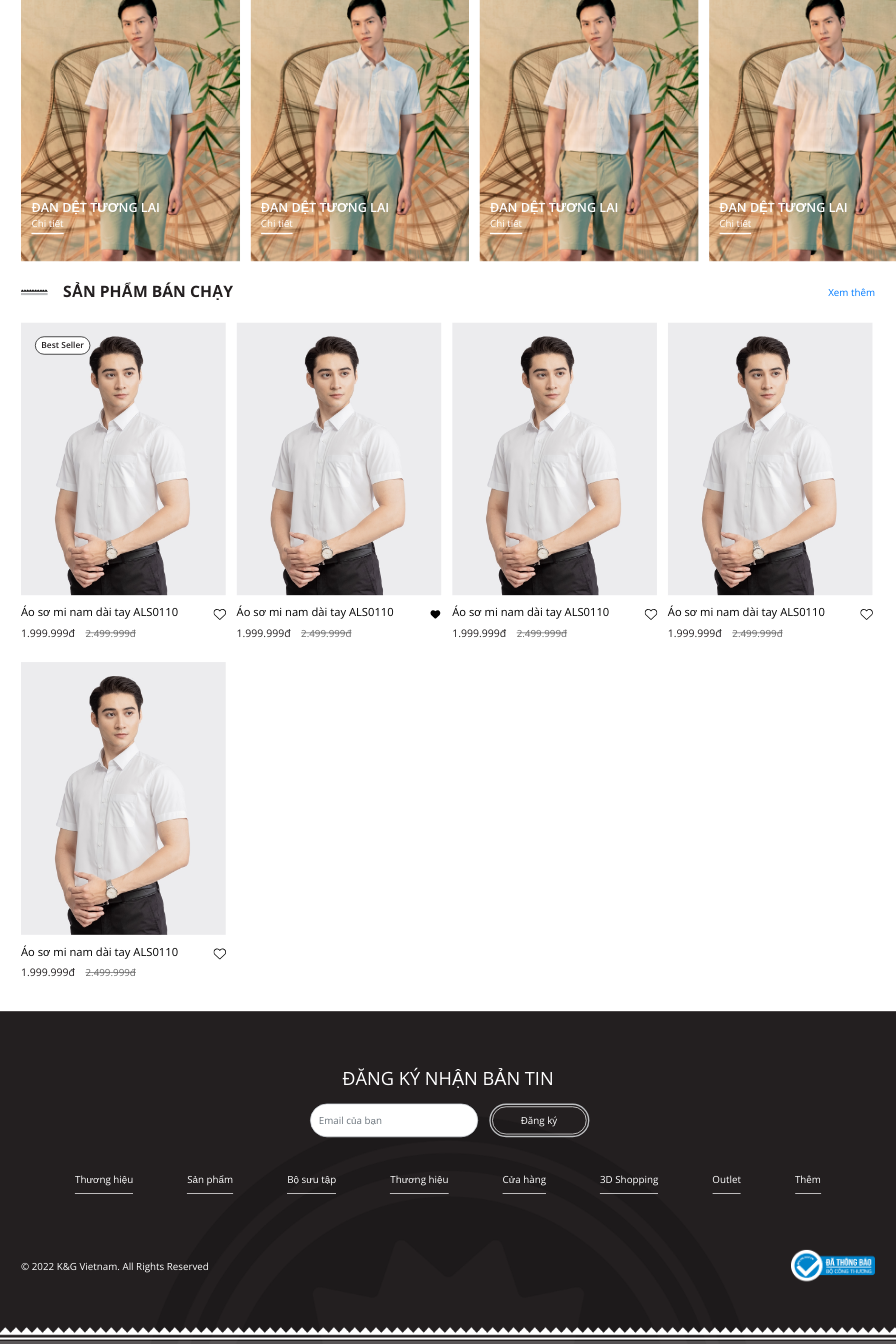
Repository: linhlvtn/aristino
Page: index.html
An editor plug-in stored every save of this project. The page is shown before and after the next save, followed by the edit.
The browser window is 1280 px wide. The pictures show the part of the page from y = 1292 to 3212 px (the page is 3212 px tall before and 2727 px after), at 70% of full size.

Above is the page before, as saved 2023-09-11 01:36:22.

### index.html
<!DOCTYPE html>
<html lang="en">
    <head>
        <meta charset="UTF-8">
        <meta name="viewport" content="width=device-width, initial-scale=1.0">
        <meta http-equiv="X-UA-Compatible" content="ie=edge">
        <meta name="Description" content="Enter your description here"/>
        <link rel="stylesheet" href="https://cdnjs.cloudflare.com/ajax/libs/twitter-bootstrap/4.6.0/css/bootstrap.min.css">
        <link rel="stylesheet" href="assets/css/style.css">
        <title>Title</title>
    </head>
<body>

    <div class="wrapper">
        <header class="header">
            <div class="container-fluid">
                <div class="header-main">
                    <div class="header-main--menu">
                        <button type="button" class="btn-menu">
                            <svg fill="currentColor" xmlns="http://www.w3.org/2000/svg" viewBox="0 0 448 512"><path d="M0 80c0-8.8 7.2-16 16-16H432c8.8 0 16 7.2 16 16s-7.2 16-16 16H16C7.2 96 0 88.8 0 80zM0 240c0-8.8 7.2-16 16-16H432c8.8 0 16 7.2 16 16s-7.2 16-16 16H16c-8.8 0-16-7.2-16-16zM448 400c0 8.8-7.2 16-16 16H16c-8.8 0-16-7.2-16-16s7.2-16 16-16H432c8.8 0 16 7.2 16 16z"/></svg>
                        </button>
                        <div>
                            <a href="">
                                <img src="assets/images/logo.png" alt="logo">
                            </a>
                        </div>
                    </div>
                    <div class="header-main--controler">
                        <div>
                            <button type="button" class="btn">
                                <img src="assets/images/search.png" alt="">
                            </button>
                        </div>
                        <div>
                            <button type="button" class="btn">
                                <img src="assets/images/user.png" alt="">
                            </button>
                        </div>
                        <div>
                            <button type="button" class="btn">
                                <img src="assets/images/favorite.png" alt="">
                            </button>
                        </div>
                        <div>
                            <button type="button" class="btn">
                                <img src="assets/images/shop.png" alt="">
                            </button>
                        </div>
                    </div>
                </div>
            </div>
        </header>
        <main>
            <div class="cover-banner">
                <img src="assets/images/Banner.png" alt="">
            </div>
            <div class="image-style-list">
                <div class="list-container">
                    <div class="list-style-group">
                        <div class="image-style-list--item">
                            <a href="">
                                <img src="assets/images/Demo-product.png" alt="">
                            </a>
                        </div>
                        <div class="image-style-list--item">
                            <a href="">
                                <img src="assets/images/Demo-product.png" alt="">
                            </a>
                        </div>
                        <div class="image-style-list--item">
                            <a href="">
                                <img src="assets/images/Demo-product.png" alt="">
                            </a>
                        </div>
                    </div>
                </div>
                <button class="btn-control-slide prev-button">
                    <img src="assets/images/next-slide.png" alt="">
                </button>
                <button class="btn-control-slide next-button">
                    <img src="assets/images/next-slide.png" alt="">
                </button>
            </div>

            <div class="list-category list-category-home">
                <div class="image-style-list">
                    <div class="list-container">
                        <div class="list-style-group-ctgr">
                            <div class="image-style-list--item item-category">
                                <a href="">
                                    <img src="assets/images/Demo-product.png" alt="">
                                </a>
                                <div class="item-category--info">
                                    <h3>ĐAN DỆT TƯƠNG LAI</h3>
                                    <a href="">Chi tiết</a>
                                </div>
                            </div>
                            <div class="image-style-list--item item-category">
                                <a href="">
                                    <img src="assets/images/Demo-product.png" alt="">
                                </a>
                                <div class="item-category--info">
                                    <h3>ĐAN DỆT TƯƠNG LAI</h3>
                                    <a href="">Chi tiết</a>
                                </div>
                            </div>
                            <div class="image-style-list--item item-category">
                                <a href="">
                                    <img src="assets/images/Demo-product.png" alt="">
                                </a>
                                <div class="item-category--info">
                                    <h3>ĐAN DỆT TƯƠNG LAI</h3>
                                    <a href="">Chi tiết</a>
                                </div>
                            </div>
                            <div class="image-style-list--item item-category">
                                <a href="">
                                    <img src="assets/images/Demo-product.png" alt="">
                                </a>
                                <div class="item-category--info">
                                    <h3>ĐAN DỆT TƯƠNG LAI</h3>
                                    <a href="">Chi tiết</a>
                                </div>
                            </div>
                        </div>
                    </div>
                    <button class="btn-control-slide prev-button-ctgr">
                        <img src="assets/images/next-slide.png" alt="">
                    </button>
                    <button class="btn-control-slide next-button-ctgr">
                        <img src="assets/images/next-slide.png" alt="">
                    </button>
                </div>

            </div>

            <div class="group-production">
                <div class="container-fluid">
                    <div class="group-production--heading">
                        <h3 class="title-heading">SẢN PHẨM BÁN CHẠY</h3>
                        <a href="" class="view-more-prd">Xem thêm</a>
                    </div>
                    <div class="group-production--list">
                         <div class="group-production--list-item">
                            <div class="thumbnail-product">
                                <a href="">
                                    <img src="assets/images/Demo-product-2.png" alt="">
                                </a>
                                <div class="label-sale">Best Seller</div>
                            </div>
                            <div class="info-product">
                                <div class="info-product--heading">
                                    <h3 class="title-product">
                                        <a href="">Áo sơ mi nam dài tay ALS0110</a>
                                    </h3>
                                    <span class="favorite-prd">
                                        <svg xmlns="http://www.w3.org/2000/svg" viewBox="0 0 512 512"><path d="M244 130.6l-12-13.5-4.2-4.7c-26-29.2-65.3-42.8-103.8-35.8c-53.3 9.7-92 56.1-92 110.3v3.5c0 32.3 13.4 63.1 37.1 85.1L253 446.8c.8 .7 1.9 1.2 3 1.2s2.2-.4 3-1.2L443 275.5c23.6-22 37-52.8 37-85.1v-3.5c0-54.2-38.7-100.6-92-110.3c-38.5-7-77.8 6.6-103.8 35.8l-4.2 4.7-12 13.5c-3 3.4-7.4 5.4-12 5.4s-8.9-2-12-5.4zm34.9-57.1C311 48.4 352.7 37.7 393.7 45.1C462.2 57.6 512 117.3 512 186.9v3.5c0 36-13.1 70.6-36.6 97.5c-3.4 3.8-6.9 7.5-10.7 11l-184 171.3c-.8 .8-1.7 1.5-2.6 2.2c-6.3 4.9-14.1 7.5-22.1 7.5c-9.2 0-18-3.5-24.8-9.7L47.2 299c-3.8-3.5-7.3-7.2-10.7-11C13.1 261 0 226.4 0 190.4v-3.5C0 117.3 49.8 57.6 118.3 45.1c40.9-7.4 82.6 3.2 114.7 28.4c6.7 5.3 13 11.1 18.7 17.6l4.2 4.7 4.2-4.7c4.2-4.7 8.6-9.1 13.3-13.1c1.8-1.5 3.6-3 5.4-4.5z"/></svg>
                                    </span>
                                </div>
                                <div class="info-product--price">
                                    <div class="price-main">1.999.999đ</div>
                                    <div class="price-sale">2.499.999đ</div>
                                </div>
                            </div>
                         </div>

                         <div class="group-production--list-item">
                            <div class="thumbnail-product">
                                <a href="">
                                    <img src="assets/images/Demo-product-2.png" alt="">
                                </a>
                            </div>
                            <div class="info-product">
                                <div class="info-product--heading">
                                    <h3 class="title-product">
                                        <a href="">Áo sơ mi nam dài tay ALS0110</a>
                                    </h3>
                                    <span class="favorite-prd">
                                        <svg xmlns="http://www.w3.org/2000/svg" height="1em" viewBox="0 0 512 512"><!--! Font Awesome Free 6.4.2 by @fontawesome - https://fontawesome.com License - https://fontawesome.com/license (Commercial License) Copyright 2023 Fonticons, Inc. --><path d="M47.6 300.4L228.3 469.1c7.5 7 17.4 10.9 27.7 10.9s20.2-3.9 27.7-10.9L464.4 300.4c30.4-28.3 47.6-68 47.6-109.5v-5.8c0-69.9-50.5-129.5-119.4-141C347 36.5 300.6 51.4 268 84L256 96 244 84c-32.6-32.6-79-47.5-124.6-39.9C50.5 55.6 0 115.2 0 185.1v5.8c0 41.5 17.2 81.2 47.6 109.5z"/></svg>
                                    </span>
                                </div>
                                <div class="info-product--price">
                                    <div class="price-main">1.999.999đ</div>
                                    <div class="price-sale">2.499.999đ</div>
                                </div>
                            </div>
                         </div>

                         <div class="group-production--list-item">
                            <div class="thumbnail-product">
                                <a href="">
                                    <img src="assets/images/Demo-product-2.png" alt="">
                                </a>
                            </div>
                            <div class="info-product">
                                <div class="info-product--heading">
                                    <h3 class="title-product">
                                        <a href="">Áo sơ mi nam dài tay ALS0110</a>
                                    </h3>
                                    <span class="favorite-prd">
                                        <svg xmlns="http://www.w3.org/2000/svg" viewBox="0 0 512 512"><path d="M244 130.6l-12-13.5-4.2-4.7c-26-29.2-65.3-42.8-103.8-35.8c-53.3 9.7-92 56.1-92 110.3v3.5c0 32.3 13.4 63.1 37.1 85.1L253 446.8c.8 .7 1.9 1.2 3 1.2s2.2-.4 3-1.2L443 275.5c23.6-22 37-52.8 37-85.1v-3.5c0-54.2-38.7-100.6-92-110.3c-38.5-7-77.8 6.6-103.8 35.8l-4.2 4.7-12 13.5c-3 3.4-7.4 5.4-12 5.4s-8.9-2-12-5.4zm34.9-57.1C311 48.4 352.7 37.7 393.7 45.1C462.2 57.6 512 117.3 512 186.9v3.5c0 36-13.1 70.6-36.6 97.5c-3.4 3.8-6.9 7.5-10.7 11l-184 171.3c-.8 .8-1.7 1.5-2.6 2.2c-6.3 4.9-14.1 7.5-22.1 7.5c-9.2 0-18-3.5-24.8-9.7L47.2 299c-3.8-3.5-7.3-7.2-10.7-11C13.1 261 0 226.4 0 190.4v-3.5C0 117.3 49.8 57.6 118.3 45.1c40.9-7.4 82.6 3.2 114.7 28.4c6.7 5.3 13 11.1 18.7 17.6l4.2 4.7 4.2-4.7c4.2-4.7 8.6-9.1 13.3-13.1c1.8-1.5 3.6-3 5.4-4.5z"/></svg>
                                    </span>
                                </div>
                                <div class="info-product--price">
                                    <div class="price-main">1.999.999đ</div>
                                    <div class="price-sale">2.499.999đ</div>
                                </div>
                            </div>
                         </div>

                         <div class="group-production--list-item">
                            <div class="thumbnail-product">
                                <a href="">
                                    <img src="assets/images/Demo-product-2.png" alt="">
                                </a>
                            </div>
                            <div class="info-product">
                                <div class="info-product--heading">
                                    <h3 class="title-product">
                                        <a href="">Áo sơ mi nam dài tay ALS0110</a>
                                    </h3>
                                    <span class="favorite-prd">
                                        <svg xmlns="http://www.w3.org/2000/svg" viewBox="0 0 512 512"><path d="M244 130.6l-12-13.5-4.2-4.7c-26-29.2-65.3-42.8-103.8-35.8c-53.3 9.7-92 56.1-92 110.3v3.5c0 32.3 13.4 63.1 37.1 85.1L253 446.8c.8 .7 1.9 1.2 3 1.2s2.2-.4 3-1.2L443 275.5c23.6-22 37-52.8 37-85.1v-3.5c0-54.2-38.7-100.6-92-110.3c-38.5-7-77.8 6.6-103.8 35.8l-4.2 4.7-12 13.5c-3 3.4-7.4 5.4-12 5.4s-8.9-2-12-5.4zm34.9-57.1C311 48.4 352.7 37.7 393.7 45.1C462.2 57.6 512 117.3 512 186.9v3.5c0 36-13.1 70.6-36.6 97.5c-3.4 3.8-6.9 7.5-10.7 11l-184 171.3c-.8 .8-1.7 1.5-2.6 2.2c-6.3 4.9-14.1 7.5-22.1 7.5c-9.2 0-18-3.5-24.8-9.7L47.2 299c-3.8-3.5-7.3-7.2-10.7-11C13.1 261 0 226.4 0 190.4v-3.5C0 117.3 49.8 57.6 118.3 45.1c40.9-7.4 82.6 3.2 114.7 28.4c6.7 5.3 13 11.1 18.7 17.6l4.2 4.7 4.2-4.7c4.2-4.7 8.6-9.1 13.3-13.1c1.8-1.5 3.6-3 5.4-4.5z"/></svg>
                                    </span>
                                </div>
                                <div class="info-product--price">
                                    <div class="price-main">1.999.999đ</div>
                                    <div class="price-sale">2.499.999đ</div>
                                </div>
                            </div>
                         </div>

                         <div class="group-production--list-item">
                            <div class="thumbnail-product">
                                <a href="">
                                    <img src="assets/images/Demo-product-2.png" alt="">
                                </a>
                            </div>
                            <div class="info-product">
                                <div class="info-product--heading">
                                    <h3 class="title-product">
                                        <a href="">Áo sơ mi nam dài tay ALS0110</a>
                                    </h3>
                                    <span class="favorite-prd">
                                        <svg xmlns="http://www.w3.org/2000/svg" viewBox="0 0 512 512"><path d="M244 130.6l-12-13.5-4.2-4.7c-26-29.2-65.3-42.8-103.8-35.8c-53.3 9.7-92 56.1-92 110.3v3.5c0 32.3 13.4 63.1 37.1 85.1L253 446.8c.8 .7 1.9 1.2 3 1.2s2.2-.4 3-1.2L443 275.5c23.6-22 37-52.8 37-85.1v-3.5c0-54.2-38.7-100.6-92-110.3c-38.5-7-77.8 6.6-103.8 35.8l-4.2 4.7-12 13.5c-3 3.4-7.4 5.4-12 5.4s-8.9-2-12-5.4zm34.9-57.1C311 48.4 352.7 37.7 393.7 45.1C462.2 57.6 512 117.3 512 186.9v3.5c0 36-13.1 70.6-36.6 97.5c-3.4 3.8-6.9 7.5-10.7 11l-184 171.3c-.8 .8-1.7 1.5-2.6 2.2c-6.3 4.9-14.1 7.5-22.1 7.5c-9.2 0-18-3.5-24.8-9.7L47.2 299c-3.8-3.5-7.3-7.2-10.7-11C13.1 261 0 226.4 0 190.4v-3.5C0 117.3 49.8 57.6 118.3 45.1c40.9-7.4 82.6 3.2 114.7 28.4c6.7 5.3 13 11.1 18.7 17.6l4.2 4.7 4.2-4.7c4.2-4.7 8.6-9.1 13.3-13.1c1.8-1.5 3.6-3 5.4-4.5z"/></svg>
                                    </span>
                                </div>
                                <div class="info-product--price">
                                    <div class="price-main">1.999.999đ</div>
                                    <div class="price-sale">2.499.999đ</div>
                                </div>
                            </div>
                         </div>
                    </div>
                </div>
            </div>

        </main>

        <footer class="footer">
            <div class="container-fluid">
                <h2 class="heading-footer">Đăng ký nhận bản tin</h2>
                <div class="form-contact">
                    <input type="text" class="form-control" placeholder="Email của bạn">
                    <button type="submit" class="btn btn-submit btn-custom-border">Đăng ký</button>
                </div>
                <ul class="footer-menu-list">
                    <li class="footer-menu-list--item">
                        <a href="">
                            Thương hiệu
                        </a>
                    </li>
                    <li class="footer-menu-list--item">
                        <a href="">
                            Sản phẩm
                        </a>
                    </li>
                    <li class="footer-menu-list--item">
                        <a href="">
                            Bộ sưu tập
                        </a>
                    </li>
                    <li class="footer-menu-list--item">
                        <a href="">
                            Thương hiệu
                        </a>
                    </li>
                    <li class="footer-menu-list--item">
                        <a href="">
                            Cửa hàng
                        </a>
                    </li>
                    <li class="footer-menu-list--item">
                        <a href="">
                            3D Shopping
                        </a>
                    </li>
                    <li class="footer-menu-list--item">
                        <a href="">
                            Outlet
                        </a>
                    </li>
                    <li class="footer-menu-list--item">
                        <a href="">
                            Thêm
                        </a>
                    </li>
                </ul>
                <div class="footer-coppy-right">
                    <div>© 2022 K&G Vietnam. All Rights Reserved</div>
                    <a href="" class="img-policy">
                        <img width="120px" src="assets/images/logo-da-thong-bao-website-voi-bo-cong-thuong.png" alt="">
                    </a>
                </div>
            </div>
        </footer>
    </div>

    <script src="https://cdnjs.cloudflare.com/ajax/libs/jquery/3.5.1/jquery.slim.min.js"></script>
    <script src="https://cdnjs.cloudflare.com/ajax/libs/popper.js/1.16.1/umd/popper.min.js"></script>
    <script src="https://cdnjs.cloudflare.com/ajax/libs/twitter-bootstrap/4.6.0/js/bootstrap.min.js"></script>

    <script>

        function initializeSlider(listClass, prevButtonClass, nextButtonClass, itemsPerPage) {
            const list = document.querySelector(listClass);
            const prevButton = document.querySelector(prevButtonClass);
            const nextButton = document.querySelector(nextButtonClass);

            let currentIndex = 0;
            const itemWidth = document.querySelector(".image-style-list--item").offsetWidth;

            function updateButtons() {
                prevButton.disabled = currentIndex === 0;
                nextButton.disabled = currentIndex >= list.children.length - itemsPerPage;
            }

            nextButton.addEventListener("click", function () {
                if (currentIndex < list.children.length - itemsPerPage) {
                    currentIndex++;
                    list.style.transform = `translateX(-${currentIndex * itemWidth}px)`;
                    updateButtons();
                }
            });

            prevButton.addEventListener("click", function () {
                if (currentIndex > 0) {
                    currentIndex--;
                    list.style.transform = `translateX(-${currentIndex * itemWidth}px)`;
                    updateButtons();
                }
            });

            window.addEventListener("resize", function () {
                currentIndex = 0;
                list.style.transform = `translateX(0)`;
                updateButtons();
            });

            updateButtons();
        }

        document.addEventListener("DOMContentLoaded", function () {
            initializeSlider(".list-style-group", ".prev-button", ".next-button", 1); // 1 item per page
        });

        document.addEventListener("DOMContentLoaded", function () {
            let initialItemsPerPage = window.innerWidth > 768 ? 4 : 1;
            initializeSlider(".list-style-group-ctgr", ".prev-button-ctgr", ".next-button-ctgr", initialItemsPerPage);
        });

    </script>
</body>
</html>

Loaded but not shown: assets/css/style.css (library)

After the next save:
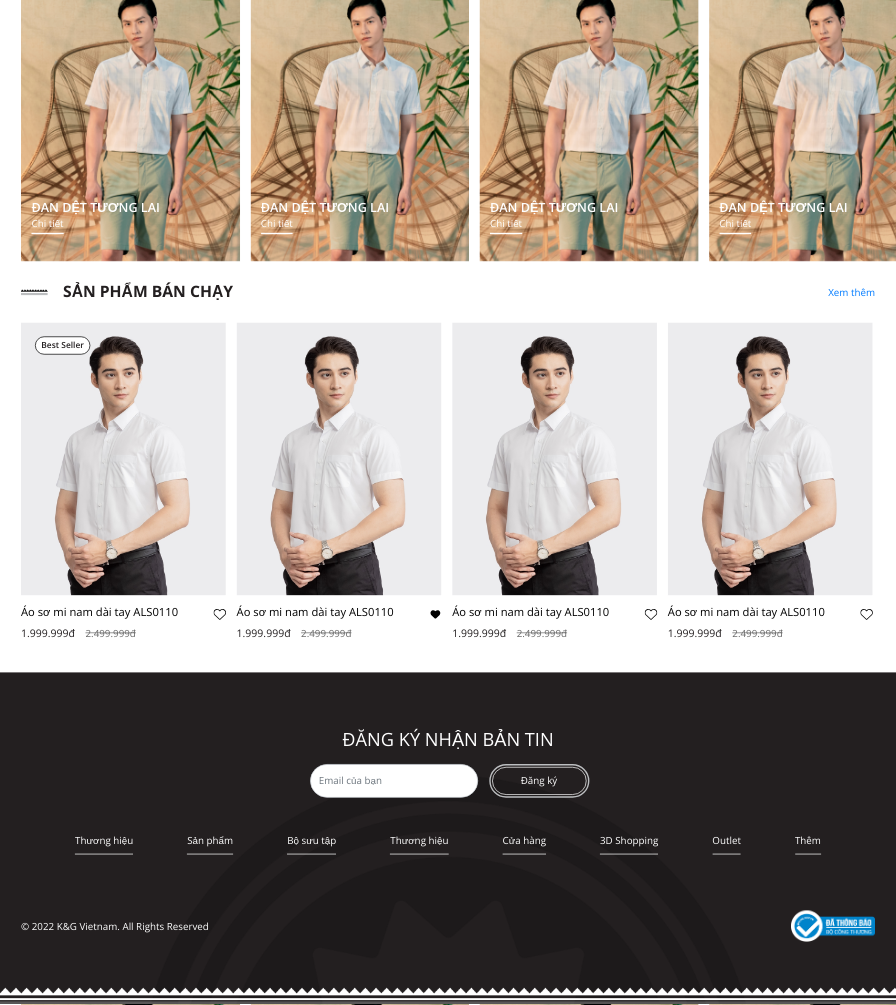
Saved 7 min 14 s later.
--- a/index.html
+++ b/index.html
@@ -229,28 +229,6 @@
                                 </div>
                             </div>
                          </div>
-
-                         <div class="group-production--list-item">
-                            <div class="thumbnail-product">
-                                <a href="">
-                                    <img src="assets/images/Demo-product-2.png" alt="">
-                                </a>
-                            </div>
-                            <div class="info-product">
-                                <div class="info-product--heading">
-                                    <h3 class="title-product">
-                                        <a href="">Áo sơ mi nam dài tay ALS0110</a>
-                                    </h3>
-                                    <span class="favorite-prd">
-                                        <svg xmlns="http://www.w3.org/2000/svg" viewBox="0 0 512 512"><path d="M244 130.6l-12-13.5-4.2-4.7c-26-29.2-65.3-42.8-103.8-35.8c-53.3 9.7-92 56.1-92 110.3v3.5c0 32.3 13.4 63.1 37.1 85.1L253 446.8c.8 .7 1.9 1.2 3 1.2s2.2-.4 3-1.2L443 275.5c23.6-22 37-52.8 37-85.1v-3.5c0-54.2-38.7-100.6-92-110.3c-38.5-7-77.8 6.6-103.8 35.8l-4.2 4.7-12 13.5c-3 3.4-7.4 5.4-12 5.4s-8.9-2-12-5.4zm34.9-57.1C311 48.4 352.7 37.7 393.7 45.1C462.2 57.6 512 117.3 512 186.9v3.5c0 36-13.1 70.6-36.6 97.5c-3.4 3.8-6.9 7.5-10.7 11l-184 171.3c-.8 .8-1.7 1.5-2.6 2.2c-6.3 4.9-14.1 7.5-22.1 7.5c-9.2 0-18-3.5-24.8-9.7L47.2 299c-3.8-3.5-7.3-7.2-10.7-11C13.1 261 0 226.4 0 190.4v-3.5C0 117.3 49.8 57.6 118.3 45.1c40.9-7.4 82.6 3.2 114.7 28.4c6.7 5.3 13 11.1 18.7 17.6l4.2 4.7 4.2-4.7c4.2-4.7 8.6-9.1 13.3-13.1c1.8-1.5 3.6-3 5.4-4.5z"/></svg>
-                                    </span>
-                                </div>
-                                <div class="info-product--price">
-                                    <div class="price-main">1.999.999đ</div>
-                                    <div class="price-sale">2.499.999đ</div>
-                                </div>
-                            </div>
-                         </div>
                     </div>
                 </div>
             </div>
